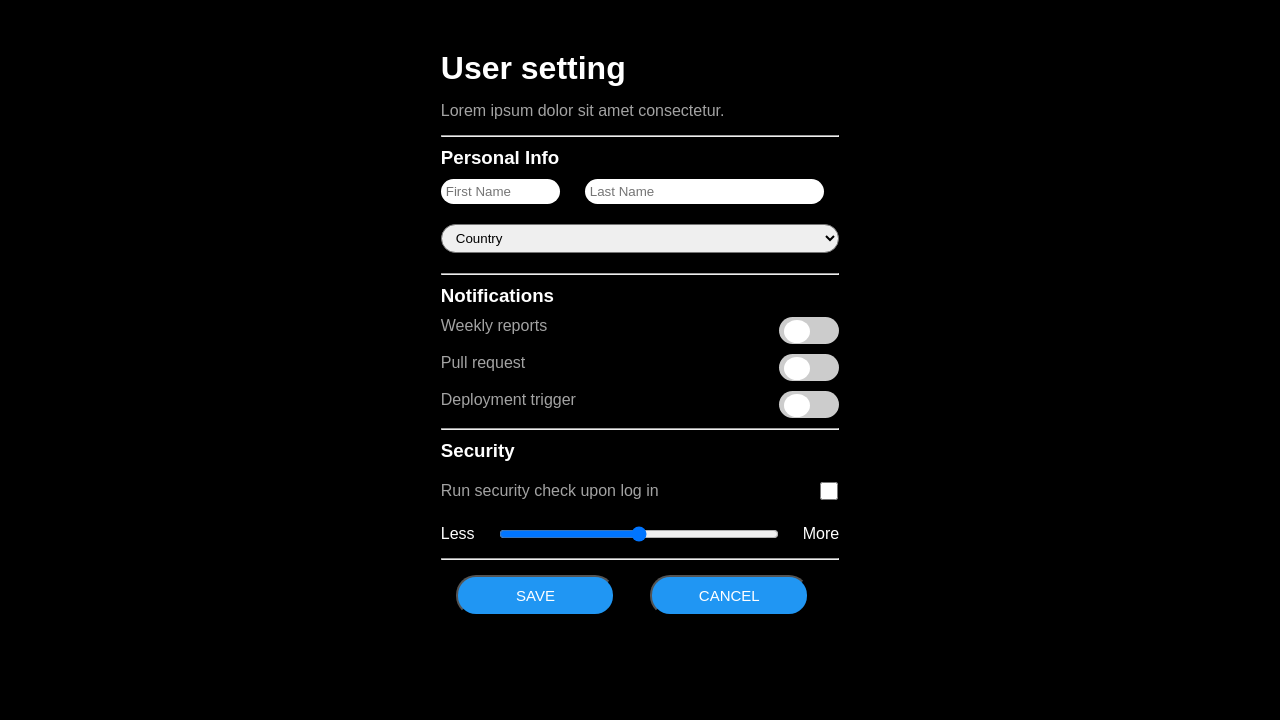
Repository: imokha01/DOM
Page: index.html
The author's editor kept a copy of each file at every save. The page is drawn from the files as they stood at one save, then again after a run of saves.
The browser window is 1280 px wide. The pictures show the whole page.

Above is the page before, as saved 2023-12-21 10:01:51.

After the next 2 saves:
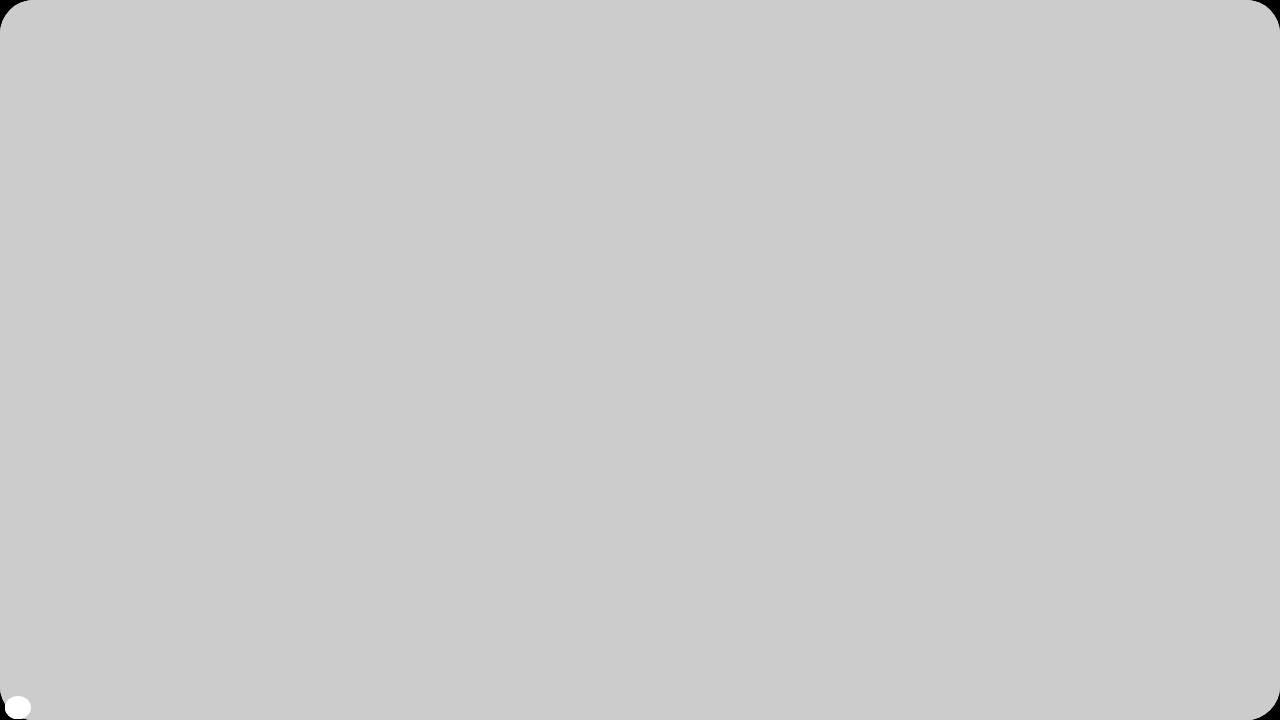
The 2 saves are shown as one change because they came seconds apart.
The last was saved 17 s later.
--- a/index.css
+++ b/index.css
@@ -104,6 +104,7 @@
     color: white;
 }
 
+butto
 
 
 

After the 3 saves that followed:
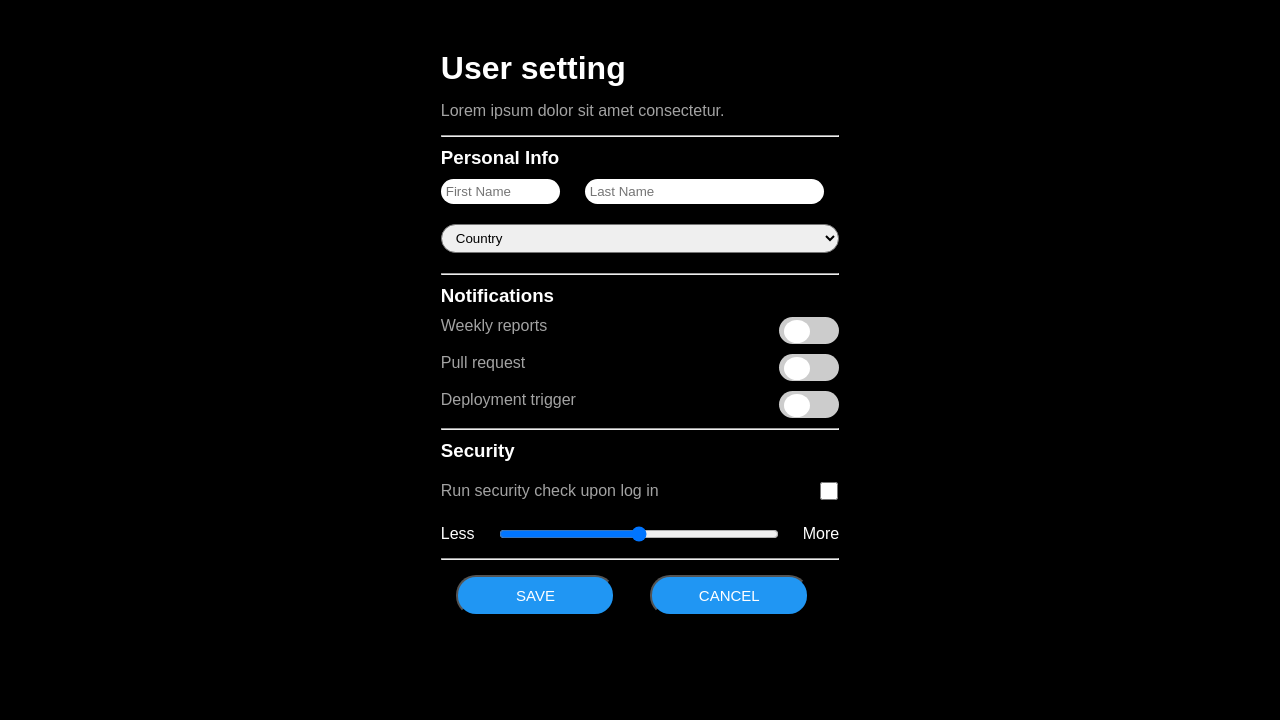
The 3 saves are shown as one change because 1 left the picture as it was and some came seconds apart.
The last was saved 12 s later.
--- a/index.css
+++ b/index.css
@@ -104,7 +104,9 @@
     color: white;
 }
 
-butto
+button:hover {
+
+}
 
 
 
